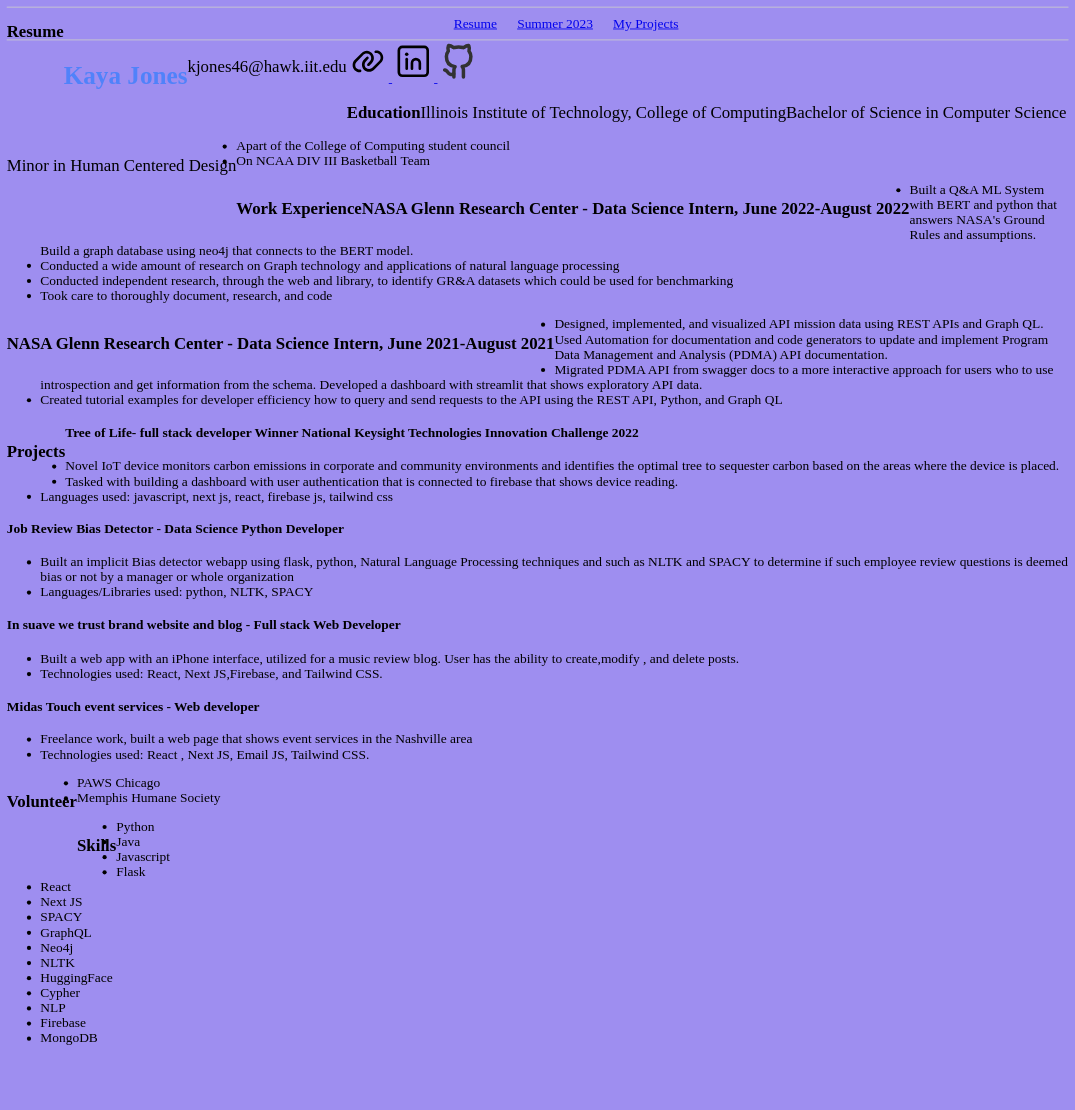
Repository: kayacancode/itm361project1
Page: index.html
The author's editor kept a copy of each file at every save. The page is drawn from the files as they stood at one save, then again after the next save.
The browser window is 1280 px wide. The pictures show the whole page, at 84% of full size.
Some web fonts or font styles are not loaded; a fallback is used.

Above is the page before, as saved 2023-04-03 22:29:49.

### index.html
<!DOCTYPE html>
<html lang="en">
  <head>
    <meta charset="UTF-8" >
    <title>ITMD 361 - Web Development</title>
    <link rel="stylesheet" href="css/style.css">

  </head>
  <body>
    <header>
      <nav>
        <h1>Resume</h1>
        <ul>
          <li><a href="index.html">Resume</a></li>
          <li><a href="summer2023.html">Summer 2023</a></li>
          <li><a href="projects.html">My Projects</a></li>
        </ul>
      </nav>
    </header>
    <h2>Kaya Jones</h2>
    <p>kjones46@hawk.iit.edu</p>
    <div class="icons">
      <a href="https://www.kayacancode.com/">
      <svg width="50px" height="50px" viewBox="0 0 24 24" fill="none" xmlns="http://www.w3.org/2000/svg">
        <path d="M7.23001 18.25C6.17025 18.2535 5.15243 17.8363 4.40001 17.09C3.63614 16.2785 3.22341 15.1983 3.2515 14.0842C3.27958 12.97 3.74622 11.912 4.55001 11.14L8.31001 7.35C9.12729 6.50634 10.2456 6.0209 11.42 6C11.9475 6.00352 12.4692 6.11135 12.9549 6.3173C13.4406 6.52325 13.8807 6.82324 14.25 7.2C15.0243 8.01629 15.4433 9.10627 15.4152 10.231C15.387 11.3557 14.9141 12.4234 14.1 13.2L12.84 14.46C12.7713 14.5337 12.6885 14.5928 12.5965 14.6338C12.5045 14.6748 12.4052 14.6968 12.3045 14.6986C12.2038 14.7004 12.1038 14.6818 12.0104 14.6441C11.917 14.6064 11.8322 14.5503 11.761 14.479C11.6897 14.4078 11.6336 14.323 11.5959 14.2296C11.5582 14.1362 11.5396 14.0362 11.5414 13.9355C11.5432 13.8348 11.5652 13.7355 11.6062 13.6435C11.6472 13.5515 11.7063 13.4687 11.78 13.4L13 12.1C13.5247 11.6076 13.8338 10.9279 13.86 10.2088C13.8862 9.4897 13.6275 8.78933 13.14 8.26C12.6071 7.7953 11.9167 7.55197 11.2102 7.57986C10.5037 7.60774 9.83461 7.90474 9.34001 8.41L5.61001 12.19C5.09513 12.6812 4.79158 13.3535 4.76359 14.0646C4.73559 14.7757 4.98535 15.4698 5.46001 16C5.72088 16.2578 6.03529 16.4551 6.38093 16.5778C6.72657 16.7005 7.09497 16.7456 7.46001 16.71C7.55727 16.7004 7.65547 16.7101 7.74895 16.7386C7.84243 16.7671 7.92934 16.8139 8.00465 16.8762C8.07996 16.9385 8.14218 17.0151 8.18773 17.1015C8.23327 17.188 8.26124 17.2827 8.27001 17.38C8.28956 17.5775 8.23003 17.7747 8.10444 17.9284C7.97885 18.0821 7.79746 18.1798 7.60001 18.2L7.23001 18.25Z" fill="#000000"/>
        <path d="M12.58 18C12.0525 17.9965 11.5308 17.8887 11.0451 17.6827C10.5594 17.4768 10.1193 17.1768 9.75 16.8C8.97574 15.9837 8.55674 14.8937 8.58486 13.769C8.61297 12.6443 9.08592 11.5766 9.9 10.8L11.16 9.54C11.2287 9.46632 11.3115 9.40721 11.4035 9.36622C11.4955 9.32523 11.5948 9.30319 11.6955 9.30141C11.7962 9.29964 11.8962 9.31816 11.9896 9.35588C12.083 9.3936 12.1678 9.44975 12.239 9.52097C12.3103 9.59218 12.3664 9.67702 12.4041 9.77041C12.4418 9.86379 12.4604 9.96382 12.4586 10.0645C12.4568 10.1652 12.4348 10.2645 12.3938 10.3565C12.3528 10.4485 12.2937 10.5313 12.22 10.6L11 11.9C10.4753 12.3924 10.1662 13.0721 10.14 13.7912C10.1138 14.5103 10.3726 15.2107 10.86 15.74C11.3929 16.2047 12.0833 16.448 12.7898 16.4201C13.4963 16.3923 14.1654 16.0953 14.66 15.59L18.43 11.81C18.9393 11.3134 19.2355 10.6383 19.256 9.92727C19.2766 9.21626 19.0198 8.52513 18.54 8C18.2791 7.7422 17.9647 7.54495 17.6191 7.42224C17.2734 7.29954 16.905 7.2544 16.54 7.29C16.4427 7.29964 16.3445 7.28992 16.2511 7.2614C16.1576 7.23287 16.0707 7.18612 15.9954 7.12382C15.9201 7.06153 15.8578 6.98493 15.8123 6.89846C15.7667 6.81199 15.7388 6.71735 15.73 6.62C15.7104 6.42248 15.77 6.22527 15.8956 6.07156C16.0212 5.91786 16.2025 5.82021 16.4 5.8C16.9821 5.73967 17.5704 5.80779 18.1233 5.99959C18.6762 6.19138 19.1803 6.50216 19.6 6.91C20.3639 7.72153 20.7766 8.80172 20.7485 9.91585C20.7204 11.03 20.2538 12.088 19.45 12.86L15.69 16.65C14.8727 17.4937 13.7544 17.9791 12.58 18Z" fill="#000000"/>
        </svg> </a>
    <a href="https://www.linkedin.com/in/kayarjones/">
    <svg width="50px" height="50px" viewBox="0 0 192 192" xmlns="http://www.w3.org/2000/svg" fill="none"><rect width="132" height="132" x="30" y="30" stroke="#000000" stroke-width="12" rx="16"/><path stroke="#000000" stroke-linecap="round" stroke-linejoin="round" stroke-width="12" d="M66 86v44"/><circle cx="66" cy="64" r="8" fill="#000000"/><path stroke="#000000" stroke-linecap="round" stroke-width="12" d="M126 130v-26c0-9.941-8.059-18-18-18v0c-9.941 0-18 8.059-18 18v26"/></svg>
  </a>
  <a href="https://github.com/kayacancode">
  <svg width="50px" height="50px" viewBox="0 0 24 24" fill="none" xmlns="http://www.w3.org/2000/svg">
    <path d="M9.29183 21V18.4407L9.3255 16.6219C9.36595 16.0561 9.58639 15.5228 9.94907 15.11C9.95438 15.1039 9.95972 15.0979 9.9651 15.0919C9.9791 15.0763 9.96988 15.0511 9.94907 15.0485V15.0485C7.52554 14.746 5.0005 13.7227 5.0005 9.26749C4.9847 8.17021 5.3427 7.10648 6.00437 6.27215C6.02752 6.24297 6.05103 6.21406 6.07492 6.18545V6.18545C6.10601 6.1482 6.11618 6.09772 6.10194 6.05134C6.10107 6.04853 6.10021 6.04571 6.09935 6.04289C6.0832 5.9899 6.06804 5.93666 6.05388 5.88321C5.81065 4.96474 5.86295 3.98363 6.20527 3.09818C6.20779 3.09164 6.21034 3.08511 6.2129 3.07858C6.22568 3.04599 6.25251 3.02108 6.28698 3.01493V3.01493C6.50189 2.97661 7.37036 2.92534 9.03298 4.07346C9.08473 4.10919 9.13724 4.14609 9.19053 4.18418V4.18418C9.22901 4.21168 9.27794 4.22011 9.32344 4.20716C9.32487 4.20675 9.32631 4.20634 9.32774 4.20593C9.41699 4.18056 9.50648 4.15649 9.59617 4.1337C11.1766 3.73226 12.8234 3.73226 14.4038 4.1337C14.4889 4.1553 14.5737 4.17807 14.6584 4.20199C14.6602 4.20252 14.6621 4.20304 14.6639 4.20356C14.7174 4.21872 14.7749 4.20882 14.8202 4.17653V4.17653C14.8698 4.14114 14.9187 4.10679 14.967 4.07346C16.6257 2.92776 17.4894 2.9764 17.7053 3.01469V3.01469C17.7404 3.02092 17.7678 3.04628 17.781 3.07946C17.7827 3.08373 17.7843 3.08799 17.786 3.09226C18.1341 3.97811 18.1894 4.96214 17.946 5.88321C17.9315 5.93811 17.9159 5.9928 17.8993 6.04723V6.04723C17.8843 6.09618 17.8951 6.14942 17.9278 6.18875C17.9289 6.18998 17.9299 6.19121 17.9309 6.19245C17.9528 6.21877 17.9744 6.24534 17.9956 6.27215C18.6573 7.10648 19.0153 8.17021 18.9995 9.26749C18.9995 13.747 16.4565 14.7435 14.0214 15.015V15.015C14.0073 15.0165 14.001 15.0334 14.0105 15.0439C14.0141 15.0479 14.0178 15.0519 14.0214 15.0559C14.2671 15.3296 14.4577 15.6544 14.5811 16.0103C14.7101 16.3824 14.7626 16.7797 14.7351 17.1754V21" stroke="#323232" stroke-width="2" stroke-linecap="round" stroke-linejoin="round"/>
    <path d="M4 17C4.36915 17.0523 4.72159 17.1883 5.03065 17.3975C5.3397 17.6068 5.59726 17.8838 5.7838 18.2078C5.94231 18.4962 6.15601 18.7504 6.41264 18.9557C6.66927 19.161 6.96379 19.3135 7.27929 19.4043C7.59478 19.4952 7.92504 19.5226 8.25112 19.485C8.5772 19.4475 8.89268 19.3457 9.17946 19.1855" stroke="#323232" stroke-width="2" stroke-linecap="round" stroke-linejoin="round"/>
  </svg>
  </a>
    </div>


    <h3>Education</h3>
    <p>Illinois Institute of Technology, College of Computing</p>
    <p>Bachelor of Science in Computer Science</p>
    <p>Minor in Human Centered Design</p>
    <ul >
      <li>Apart of the College of Computing student council</li>
      <li>On NCAA DIV III Basketball Team</li>
    </ul>
    <section>
    <h3>Work Experience</h3>
    <p>
      <span style="font-weight:bold">NASA Glenn Research Center - Data Science Intern, June 2022-August 2022 </span>
    </p>
    <ul >
      <li>
        Built a Q&A ML System with BERT and python that answers NASA's Ground
        Rules and assumptions. Build a graph database using neo4j that connects
        to the BERT model.
      </li>
      <li>
        Conducted a wide amount of research on Graph technology and applications
        of natural language processing
      </li>
      <li>
        Conducted independent research, through the web and library, to identify
        GR&A datasets which could be used for benchmarking
      </li>
      <li>Took care to thoroughly document, research, and code</li>
    </ul>
    <p>
      <span style="font-weight:bold">NASA Glenn Research Center - Data Science Intern, June 2021-August 2021 </span>
    </p>
    <ul >
      <li>
        Designed, implemented, and visualized API mission data using REST APIs
        and Graph QL. Used Automation for documentation and code generators to
        update and implement Program Data Management and Analysis (PDMA) API
        documentation.
      </li>
      <li>
        Migrated PDMA API from swagger docs to a more interactive approach for
        users who to use introspection and get information from the schema.
        Developed a dashboard with streamlit that shows exploratory API data.
      </li>
      <li>
        Created tutorial examples for developer efficiency how to query and send
        requests to the API using the REST API, Python, and Graph QL
      </li>
    </ul>
  </section>
  <section>
    <h3>Projects</h3>
    <h4>Tree of Life- full stack developer Winner National Keysight Technologies
      Innovation Challenge 2022</h4>
    <ul>

      <li>
        Novel IoT device monitors carbon emissions in corporate and community
        environments and identifies the optimal tree to sequester carbon based
        on the areas where the device is placed.
      </li>
      <li>
        Tasked with building a dashboard with user authentication that is
        connected to firebase that shows device reading.
      </li>
      <li>
        Languages used: javascript, next js, react, firebase js, tailwind css
      </li>
    </ul>
    <h4>Job Review Bias Detector - Data Science Python Developer</h4>
    <ul>
      <li>
        Built an implicit Bias detector webapp using flask, python, Natural
        Language Processing techniques and such as NLTK and SPACY to determine
        if such employee review questions is deemed bias or not by a manager or
        whole organization
      </li>

      <li>Languages/Libraries used: python, NLTK, SPACY</li>
    </ul>
    <h4>In suave we trust brand website and blog - Full stack Web Developer</h4>
    <ul >

      <li>
        Built a web app with an iPhone interface, utilized for a music review
        blog. User has the ability to create,modify , and delete posts.
      </li>

      <li>Technologies used: React, Next JS,Firebase, and Tailwind CSS.</li>
    </ul>
    <h4>Midas Touch event services - Web developer</h4>
    <ul>

      <li>
        Freelance work, built a web page that shows event services in the
        Nashville area
      </li>

      <li>Technologies used: React , Next JS, Email JS, Tailwind CSS.</li>
    </ul>
  </section>

  <h3>Volunteer </h3>
  <ul>
    <li>PAWS Chicago</li>
    <li>Memphis Humane Society</li>
  </ul>




    <h3>Skills</h3>
    <ul >
      <li>Python</li>
      <li>Java</li>
      <li>Javascript</li>
      <li>Flask</li>
      <li>React</li>
      <li>Next JS</li>
      <li>SPACY</li>
      <li>GraphQL</li>
      <li>Neo4j</li>
      <li>NLTK</li>
      <li>HuggingFace</li>
      <li>Cypher</li>
      <li>NLP</li>
      <li>Firebase</li>
      <li>MongoDB</li>
    </ul>
  </body>
</html>

### css/style.css
@import url("https://fonts.googleapis.com/css2?family=Tilt+Warp&display=swap");
@import url('https://fonts.googleapis.com/css2?family=Tilt+Warp&display=swap');

body {
    background-color: #9E8EF0;
  }

nav{
    border:1px solid #ccc;
    border-width:1px 0;
    list-style:none;
    margin:0;
    padding:0;
    text-align:center;
}
nav li{
    display:inline;
}
nav a{
    display:inline-block;
    padding:10px;
}
nav ul {
    list-style-type: none;
    margin: 0;
    padding: 0;
    position: relative;


  }
h1,h2,h3,p{
    font-family: "Tilt Warp", cursive;
    font-size: 20px;
    float:left;
}

h2{
    font-size: 30px;
    font-family: "Tilt Warp", cursive;
    color:#5082FA;
}

.websites img{
    display: block;
    margin-left: auto;
    margin-right: auto;
    max-width: 50%;
    height: 350px;
    border-radius: 20px;
}

.trips img{
    max-width: 50%;
    height: 350px;
    border-radius: 20px;
    margin-left: auto;
    margin-right: auto;
}

figcaption{
    text-align: center;
    padding-top: 10px;
    float:inline-start
}

After the next save:
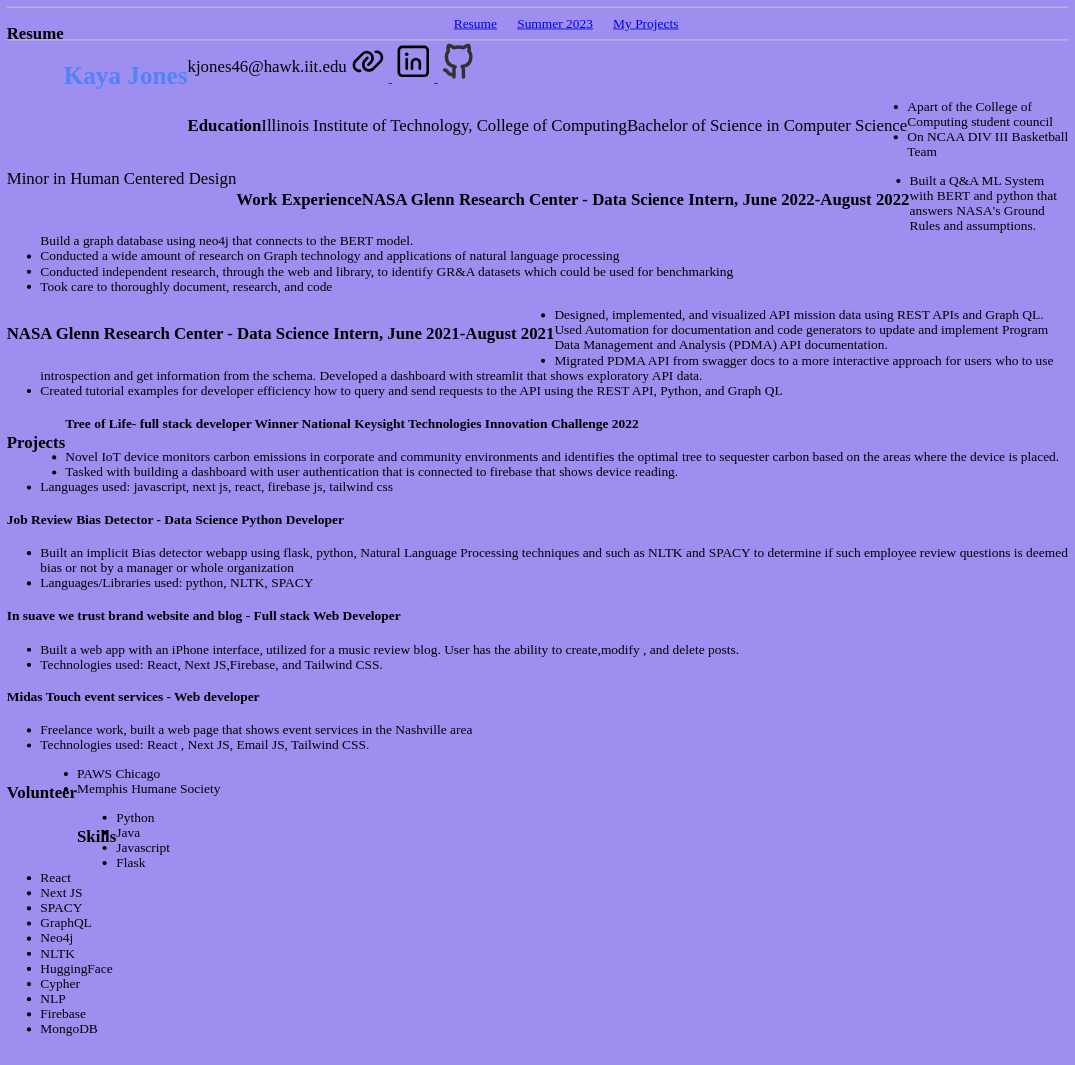
Saved 105 s later.
--- a/index.html
+++ b/index.html
@@ -8,6 +8,7 @@
   </head>
   <body>
     <header>
+      <section>
       <nav>
         <h1>Resume</h1>
         <ul>
@@ -16,9 +17,11 @@
           <li><a href="projects.html">My Projects</a></li>
         </ul>
       </nav>
+    </section>
     </header>
     <h2>Kaya Jones</h2>
     <p>kjones46@hawk.iit.edu</p>
+    <section>
     <div class="icons">
       <a href="https://www.kayacancode.com/">
       <svg width="50px" height="50px" viewBox="0 0 24 24" fill="none" xmlns="http://www.w3.org/2000/svg">
@@ -36,7 +39,8 @@
   </a>
     </div>
 
-
+  </section>
+  <section>
     <h3>Education</h3>
     <p>Illinois Institute of Technology, College of Computing</p>
     <p>Bachelor of Science in Computer Science</p>
@@ -45,6 +49,7 @@
       <li>Apart of the College of Computing student council</li>
       <li>On NCAA DIV III Basketball Team</li>
     </ul>
+  </section>
     <section>
     <h3>Work Experience</h3>
     <p>
